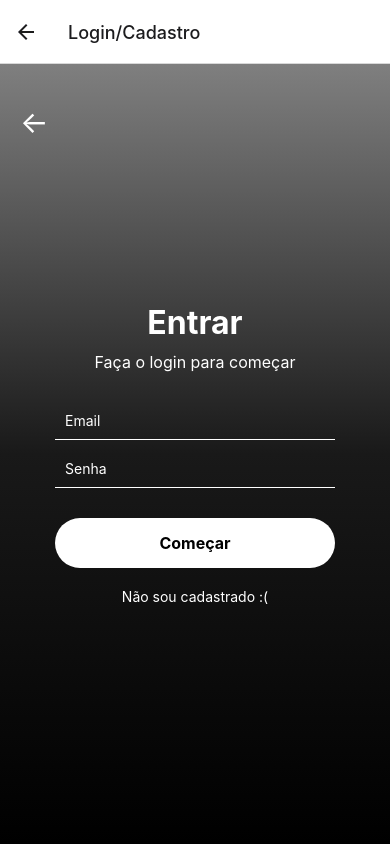
Repository: Matheus904-12/Notifire
Screen: /Auth (app in notiFire/)
The author's editor kept a copy of each file at every save. The screen is drawn from the files as they stood at one save, then again after the next save.
The app was drawn by React Native's web renderer in a window 390 px wide. The project was rebuilt for these pictures with package versions that can differ from the ones it lists, and the page was loaded fresh each time. Also part of the build but not shown: notiFire/screens/SendMessageScreen.js, notiFire/screens/ConfirmationScreen.js.

Above is the screen before, as saved 2024-07-29 19:31:22.

### notiFire/App.js
import React from 'react';
import { NavigationContainer } from '@react-navigation/native';
import { createStackNavigator } from '@react-navigation/stack';
import HomeScreen from './screens/HomeScreen';
import AuthScreen from './screens/AuthScreen';
import SendMessageScreen from './screens/SendMessageScreen';
import ConfirmationScreen from './screens/ConfirmationScreen';

const Stack = createStackNavigator();

export default function App() {
  return (
    <NavigationContainer>
      <Stack.Navigator initialRouteName="Home">
        <Stack.Screen name="Home" component={HomeScreen} options={{ headerShown: false }} />
        <Stack.Screen name="Auth" component={AuthScreen} options={{ title: 'Login/Cadastro' }} />
        <Stack.Screen name="SendMessage" component={SendMessageScreen} options={{ title: 'Enviar Mensagem' }} />
        <Stack.Screen name="Confirmation" component={ConfirmationScreen} options={{ title: 'Confirmação' }} />
      </Stack.Navigator>
    </NavigationContainer>
  );
}

### notiFire/screens/HomeScreen.js
import React from 'react';
import { View, Text, StyleSheet, TouchableOpacity, Image } from 'react-native';
import { LinearGradient } from 'expo-linear-gradient';

export default function HomeScreen({ navigation }) {
  return (
    <LinearGradient
      colors={['#7f7f7f', '#191919', '#000000']} // Substitua pelas cores do seu gradiente
      style={styles.background}
    >
      <View style={styles.container}>
        <Image source={require('../assets/logo.gif')} style={styles.logo} />
        <Text style={styles.title}>Notificações Organizadas</Text>
        <TouchableOpacity style={styles.button} onPress={() => navigation.navigate('Auth')}>
          <Text style={styles.buttonText}>Vamos Lá</Text>
        </TouchableOpacity>
      </View>
    </LinearGradient>
  );
}

const styles = StyleSheet.create({
  background: {
    flex: 1,
    justifyContent: 'center',
    alignItems: 'center',
  },
  container: {
    alignItems: 'center',
  },
  logo: {
    width: 400,
    height: 200,
    marginBottom: 20,
  },
  title: {
    fontSize: 18,
    color: '#fff',
    marginBottom: 20,
  },
  button: {
    backgroundColor: '#fff',
    paddingVertical: 10,
    paddingHorizontal: 20,
    borderRadius: 5,
  },
  buttonText: {
    color: '#000',
    fontSize: 16,
  },
});

### notiFire/screens/AuthScreen.js
import React, { useState } from 'react';
import { View, Text, TextInput, TouchableOpacity, StyleSheet } from 'react-native';
import { LinearGradient } from 'expo-linear-gradient';
import { auth } from '../firebaseConfig';
import { signInWithEmailAndPassword } from 'firebase/auth';

export default function AuthScreen({ navigation }) {
  const [email, setEmail] = useState('');
  const [senha, setSenha] = useState('');

  const entrar = () => {
    signInWithEmailAndPassword(auth, email, senha)
      .then(userCredential => {
        navigation.navigate('SendMessage');
      })
      .catch(error => alert(error.message));
  };

  return (
    <LinearGradient colors={['#7f7f7f', '#191919', '#000000']} style={styles.background}>
      <View style={styles.container}>
        <TouchableOpacity style={styles.backButton} onPress={() => navigation.goBack()}>
          <Text style={styles.backButtonText}>&larr;</Text>
        </TouchableOpacity>
        <Text style={styles.title}>Entrar</Text>
        <Text style={styles.subtitle}>Faça o login para começar</Text>
        <TextInput
          style={styles.input}
          placeholder="Email"
          value={email}
          onChangeText={setEmail}
          placeholderTextColor="#fff"
        />
        <TextInput
          style={styles.input}
          placeholder="Senha"
          value={senha}
          onChangeText={setSenha}
          secureTextEntry
          placeholderTextColor="#fff"
        />
        <TouchableOpacity style={styles.button} onPress={entrar}>
          <Text style={styles.buttonText}>Começar</Text>
        </TouchableOpacity>
        <TouchableOpacity onPress={() => navigation.navigate('Cadastro')}>
          <Text style={styles.registerText}>Não sou cadastrado :(</Text>
        </TouchableOpacity>
      </View>
    </LinearGradient>
  );
}

const styles = StyleSheet.create({
  background: {
    flex: 1,
  },
  container: {
    flex: 1,
    justifyContent: 'center',
    alignItems: 'center',
    padding: 20,
  },
  backButton: {
    position: 'absolute',
    top: 40,
    left: 20,
  },
  backButtonText: {
    fontSize: 30,
    color: '#fff',
  },
  title: {
    fontSize: 32,
    fontWeight: 'bold',
    marginBottom: 10,
    color: '#fff',
  },
  subtitle: {
    fontSize: 16,
    marginBottom: 30,
    color: '#fff',
  },
  input: {
    width: '80%',
    padding: 10,
    marginBottom: 10,
    borderBottomWidth: 1,
    borderBottomColor: '#fff',
    color: '#fff',
  },
  button: {
    backgroundColor: '#fff',
    padding: 15,
    borderRadius: 25,
    width: '80%',
    alignItems: 'center',
    marginTop: 20,
  },
  buttonText: {
    color: '#000',
    fontSize: 16,
    fontWeight: 'bold',
  },
  registerText: {
    color: '#fff',
    marginTop: 20,
    fontSize: 14,
  },
});

### notiFire/firebaseConfig.js
// firebaseConfig.js
import { initializeApp } from 'firebase/app';
import { getAuth } from 'firebase/auth';
import { getFirestore } from 'firebase/firestore';

const firebaseConfig = {
  apiKey: "YOUR_API_KEY",
  authDomain: "YOUR_AUTH_DOMAIN",
  projectId: "YOUR_PROJECT_ID",
  storageBucket: "YOUR_STORAGE_BUCKET",
  messagingSenderId: "YOUR_MESSAGING_SENDER_ID",
  appId: "YOUR_APP_ID",
};

const app = initializeApp(firebaseConfig);
const auth = getAuth(app);
const firestore = getFirestore(app);

export { auth, firestore };

After the next save:
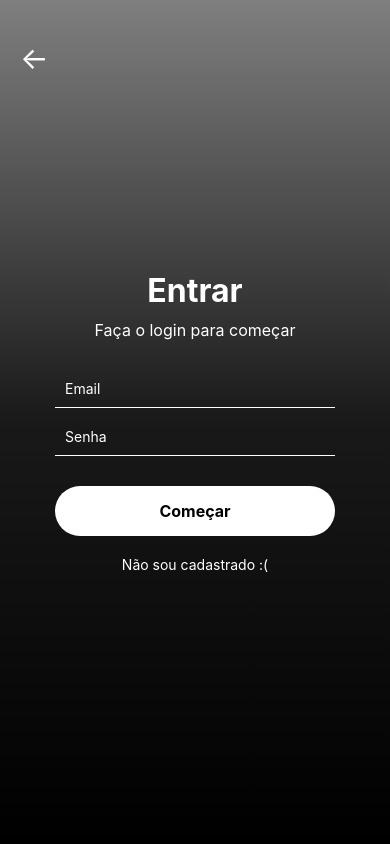
Saved 100 s later.
--- a/notiFire/App.js
+++ b/notiFire/App.js
@@ -13,7 +13,7 @@ export default function App() {
     <NavigationContainer>
       <Stack.Navigator initialRouteName="Home">
         <Stack.Screen name="Home" component={HomeScreen} options={{ headerShown: false }} />
-        <Stack.Screen name="Auth" component={AuthScreen} options={{ title: 'Login/Cadastro' }} />
+        <Stack.Screen name="Auth" component={AuthScreen} options={{ title: 'Login/Cadastro', headerShown: false }} />
         <Stack.Screen name="SendMessage" component={SendMessageScreen} options={{ title: 'Enviar Mensagem' }} />
         <Stack.Screen name="Confirmation" component={ConfirmationScreen} options={{ title: 'Confirmação' }} />
       </Stack.Navigator>
